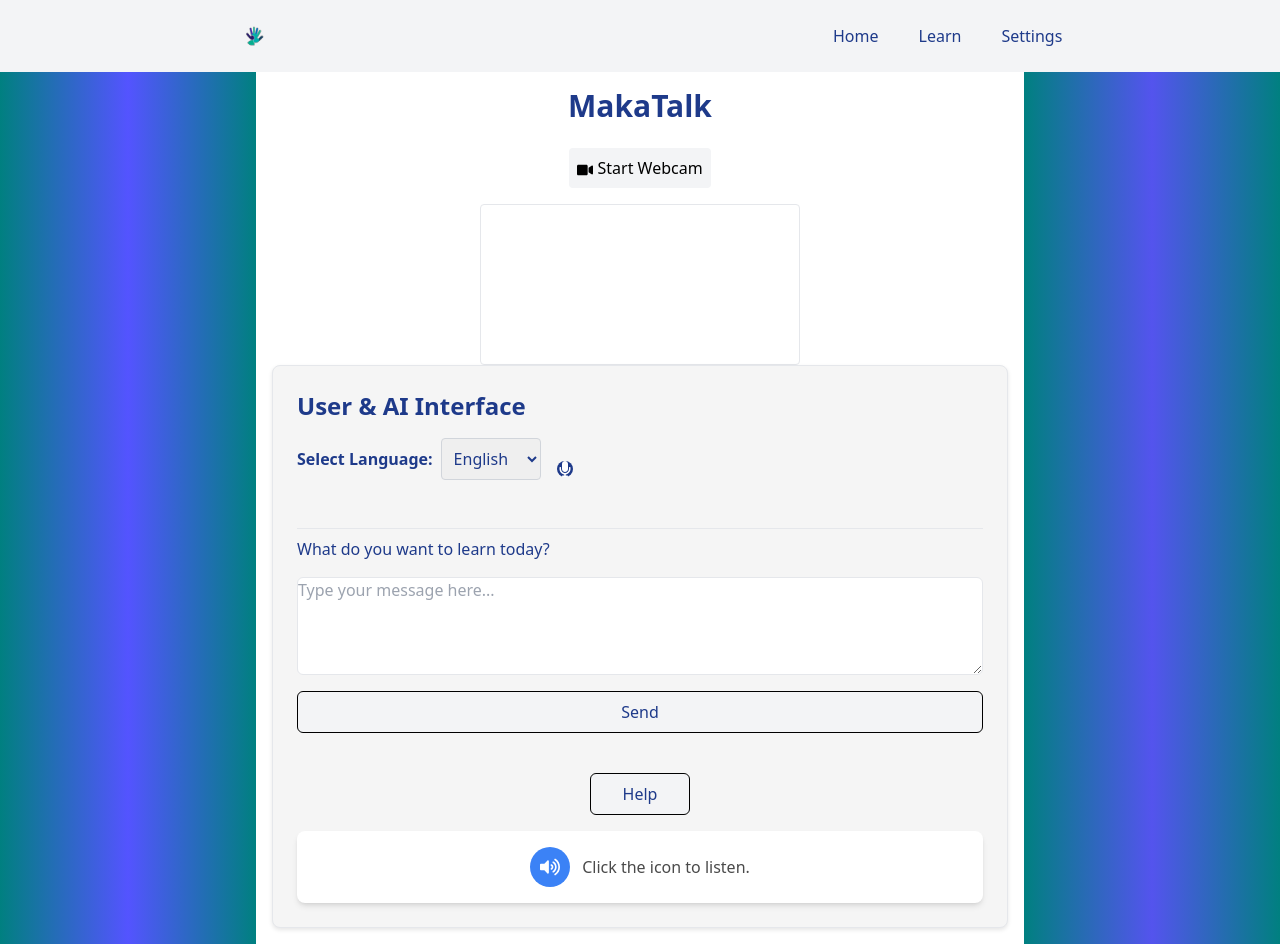
Repository: maria2469/MakaTalk
Page: /learn
These files come from the project's save history. The page is drawn as it stood at one moment and after the next save; the edit follows.
The browser window is 1280 px wide. The pictures show the whole page.
The page's requests for data from a server got no answer. The project was rebuilt for these pictures with package versions that can differ from the ones it lists, and the page was loaded fresh each time. No one was signed in, and anything a server would have sent is missing. Also part of the build but not shown: vite.config.js, src/components/LandingPage/Landing.jsx.

Above is the page before, as saved 2024-10-10 14:47:49.

### index.html
<!doctype html>
<html lang="en">
  <head>
    <meta charset="UTF-8" />
    <link rel="icon" type="image/svg+xml" href="/images/MakaTalkLogo.svg" />
    <meta name="viewport" content="width=device-width, initial-scale=1.0" />
    <title>MakaTalk</title>
  </head>
  <body>
    <div id="root"></div>
    <script type="module" src="/src/main.jsx"></script>
  </body>
</html>

### src/main.jsx

console.log('main.js loaded'); // Add this line


import { StrictMode } from 'react'
import { createRoot } from 'react-dom/client'
import App from './App.jsx'
import './index.css'

createRoot(document.getElementById('root')).render(
  <StrictMode>

    <App />
  </StrictMode>,
)

### src/App.jsx
import React from "react";
import { BrowserRouter as Router, Routes, Route } from "react-router-dom";
import Landing from "./components/LandingPage/Landing";
import Learn from "./components/Learn/Learn";

const App = () => {
  return (
    <Router>
      <Routes>
        <Route path="/" element={<Landing />} />
        <Route path="/learn" element={<Learn />} />
      </Routes>
    </Router>
  );
};

export default App;

### src/components/LandingPage/Navbar.jsx
import React from 'react';

const Navbar = () => {
  return (
    <div className="flex items-center justify-around p-3 bg-gray-100 text-blue-900 gap-40">
      <img src="/images/MakaTalkLogo.svg" alt="Logo" className="h-12 w-auto ml-5 justify-start" /> {/* Logo aligned to the extreme left */}
      <div className="flex space-x-10 mr-2 justify-center ">
        <p className="cursor-pointer hover:text-black">Home</p>
        <p className="cursor-pointer hover:text-black">Learn</p>
        <p className="cursor-pointer hover:text-black">Settings</p>
      </div>
    </div>
  );
}

export default Navbar;

### src/components/Learn/Learn.css
:root {
  --primary-color: #3b82f6; /* Blue */
  --primary-hover: #2563eb; /* Darker blue on hover */
  --background-color: #ffffff; /* White */
  --light-gray: #e5e7eb; /* Light gray */
  --gradient-left: linear-gradient(to right, teal, rgba(48, 48, 255, 0.827), teal);
  --gradient-right: linear-gradient(to right, teal, rgba(47, 47, 234, 0.822), teal);
}

.learn-container {
  display: flex;
  flex-direction: column;
  height: 100vh; /* Full viewport height */
}

.main-content {
  display: flex;
  flex: 1; /* Allow main content to fill the remaining space */
  position: relative; /* Set relative positioning */
}

.left-section,
.right-section {
  width: 20%; /* Each side section takes up 20% of the width */
  display: flex;
  align-items: center;
  justify-content: center;
  color: #1e3a8a; /* Set text color to blue-900 */
}

.left-section {
  background: var(--gradient-left); /* Light to dark blue gradient */
}

.right-section {
  background: var(--gradient-right); /* Darker blue gradient */
}

.center-section {
  width: 60%;
  display: flex;
  flex-direction: column;
  align-items: center;
  justify-content: center; /* Vertically center the content */
  background-color: var(--background-color);
  padding: 1rem;
  height: 100%; /* Ensure it takes full height of the container */
  color: #1e3a8a; /* Set text color to blue-900 */
}

h1 {
  text-align: center; /* Center the text horizontally */
  margin: 0; /* Reset margin to avoid unnecessary space */
}

.interface-card {
  padding: 1.5rem;
  border: 1px solid var(--light-gray);
  border-radius: 0.5rem;
  box-shadow: 0 2px 4px rgba(0, 0, 0, 0.1);
  width: 100%;
  height: auto; /* Adjust height so the content fits without scrolling */
  background-color: #F5F5F5;
  color: #1e3a8a; /* Set text color to blue-900 */
}

textarea {
  border: 1px solid var(--light-gray);
  padding: 0.5rem;
  border-radius: 0.375rem;
  width: 100%; /* Full width */
  color: #1e3a8a; /* Set text color to blue-900 */
}

/* Button container for the row */
.button-row {
  display: flex;
  gap: 1rem; /* Space between the buttons */
  margin-top: 1rem; /* Space above the buttons */

}

.send-button, .help-button {
  background-color: var(--primary-color);
  color: white;
  border: none;
  border-radius: 8px;
  padding: 12px 24px;
  font-size: 16px;
  cursor: pointer;
  transition: background-color 0.3s ease, transform 0.2s ease;
}

.send-button:hover, .help-button:hover {
  background-color: var(--primary-hover);
  transform: translateY(-2px); /* Slight lift effect */
}

.ai-response {
  margin-top: 1rem;
  border-top: 1px solid var(--light-gray);
  padding-top: 0.5rem;
  color: #1e3a8a; /* Set text color to blue-900 */
}

/* Common button styling */
.common-button {
  background-color: #f3f4f6; /* Gray-100 */
  border: 1px solid black; /* Black border */
  color: #1e3a8a; /* Set text color to blue-900 */
  padding: 0.5rem 2rem; /* Padding */
  border-radius: 0.375rem; /* Rounded corners */
  cursor: pointer; /* Pointer cursor */
  transition: background-color 0.3s ease; /* Smooth transition */
}

.common-button:hover {
  background-color: #1e40af; /* Blue-900 on hover */
  color: white; /* Optional: change text color on hover */
}

/* Responsive Design */
@media (max-width: 768px) {
  .left-section,
  .right-section,
  .center-section {
      width: 100%; /* Full width on small screens */
      padding: 0.5rem;
  }

  .main-content {
      flex-direction: column; /* Stack sections vertically */
  }

  .button-row {
      flex-direction: column; /* Stack buttons vertically on smaller screens */
      gap: 0.5rem;
  }
}
.language-and-speech {
  display: flex;
  gap: 1rem;
}

### src/components/Choices/Colors/Colors.jsx
// Colors.js
const colorOptions = {
    black: {
        image: './images/BlackSIG.svg', // Ensure this path is correct
        instructions: 'To sign black, hold your hand flat and move it across your chest.',
    },
    blue: {
        image: './images/BlueSIG.svg', // Ensure this path is correct
        instructions: 'To sign blue, wave your hand near your chest.',
    },
    brown: {
        image: './images/BrownSIG.svg', // Ensure this path is correct
        instructions: 'To sign brown, use a flat hand and tap it on your forehead.',
    },
    gold: {
        image: './images/GoldSIG.svg', // Ensure this path is correct
        instructions: 'To sign gold, touch your fingers to your chin and move down.',
    },
    green: {
        image: './images/GreenSIG.svg', // Ensure this path is correct
        instructions: 'To sign green, point your finger up and wiggle it.',
    },
    grey: {
        image: './images/GreySIG.svg', // Ensure this path is correct
        instructions: 'To sign grey, make a “G” shape with your hand.',
    },
    orange: {
        image: './images/OrangeSIG.svg', // Ensure this path is correct
        instructions: 'To sign orange, use a fist and tap it on your side.',
    },
    pink: {
        image: './images/PinkSIG.svg', // Ensure this path is correct
        instructions: 'To sign pink, extend your pinky finger and wave it.',
    },
    purple: {
        image: './images/PurpleSIG.svg', // Ensure this path is correct
        instructions: 'To sign purple, move your hand in a circular motion.',
    },
    red: {
        image: './images/RedSIG.svg', // Ensure this path is correct
        instructions: 'To sign red, extend your hand and touch your chin.',
    },
    silver: {
        image: './images/SilverSIG.svg', // Ensure this path is correct
        instructions: 'To sign silver, make a fist and tap it on your wrist.',
    },
    white: {
        image: './images/WhiteSIG.svg', // Ensure this path is correct
        instructions: 'To sign white, wave your hand in front of your chest.',
    },
    yellow: {
        image: './images/YellowSIG.svg', // Ensure this path is correct
        instructions: 'To sign yellow, make a “Y” shape with your hand and shake it.',
    },
    // Add more colors and their corresponding images and instructions as needed
};

export default colorOptions;

### src/components/Languagedropdown/Language.jsx
import React from 'react';

const LanguageDropdown = ({ selectedLanguage, onLanguageChange, languages }) => {
  // Default language options in case languages aren't passed as props
  const defaultLanguages = [
    { code: 'en', label: 'English' },
    { code: 'es', label: 'Spanish' },
    { code: 'fr', label: 'French' },
    { code: 'de', label: 'German' },
    { code: 'zh', label: 'Chinese' },
    // Add more languages as needed
  ];

  const availableLanguages = languages || defaultLanguages; // Use passed languages or default

  return (
    <div className="language-dropdown mb-4">
      <label htmlFor="languageSelect" className="font-bold mr-2">
        Select Language:
      </label>
      <select
        id="languageSelect"
        aria-label="Select language"
        value={selectedLanguage}
        onChange={onLanguageChange} // Pass the handler from the parent
        className="border border-gray-300 rounded p-2"
      >
        {availableLanguages.map((lang) => (
          <option key={lang.code} value={lang.code}>
            {lang.label}
          </option>
        ))}
      </select>
    </div>
  );
};

export default LanguageDropdown;

### src/components/UserAiResponse/UserAiResponse.jsx
import React from 'react';

const UserAiResponse = ({ aiResponse, userInput, onInputChange, onSubmit }) => {
    return (
        <div className="flex flex-col">
            <div className="ai-response mb-4">
                <p>{aiResponse}</p>
            </div>
            <textarea
                placeholder="Type your message here..."
                rows="4"
                value={userInput}
                onChange={onInputChange}
            />
            <button className="common-button mt-4" onClick={onSubmit}>
                Send
            </button>
        </div>
    );
};

export default UserAiResponse;

### src/components/VoiceToVoice/VoiceToVoiceButton.jsx
import React, { useState } from 'react';
import { FaMicrophone } from 'react-icons/fa';
import UserAiResponse from '../UserAiResponse/UserAiResponse';
import TextToSpeech from '../TextToSpeech/TextToSpeech'; // Import the new TextToSpeech component

const VoiceToVoiceButton = ({ selectedLanguage }) => {
    const [userInput, setUserInput] = useState('');
    const [aiResponse, setAiResponse] = useState('');
    const [isProcessing, setIsProcessing] = useState(false);
    const [isListening, setIsListening] = useState(false);

    // Function to handle API call to backend
    const handleApiCall = async (inputText) => {
        setIsProcessing(true);

        try {
            const response = await fetch('/api/process-input', {
                method: 'POST',
                headers: {
                    'Content-Type': 'application/json',
                },
                body: JSON.stringify({
                    text: inputText,
                    language: selectedLanguage,
                }),
            });

            const data = await response.json();
            setAiResponse(data.response);
        } catch (error) {
            console.error('API call failed:', error);
        } finally {
            setIsProcessing(false);
        }
    };

    const handleInputChange = (event) => {
        setUserInput(event.target.value);
    };

    const handleSubmit = () => {
        if (userInput.trim()) {
            handleApiCall(userInput);
            setUserInput('');
        }
    };

    const handleSpeechRecognition = () => {
        if (!window.SpeechRecognition && !window.webkitSpeechRecognition) {
            console.error('SpeechRecognition is not supported in this browser');
            return;
        }

        const SpeechRecognition =
            window.SpeechRecognition || window.webkitSpeechRecognition;
        const recognition = new SpeechRecognition();

        recognition.lang = selectedLanguage;
        recognition.interimResults = false;
        recognition.continuous = false;

        recognition.onstart = () => setIsListening(true);

        recognition.onresult = (event) => {
            const transcriptedText = Array.from(event.results)
                .map((result) => result[0].transcript)
                .join('');
            handleApiCall(transcriptedText);
        };

        recognition.onend = () => setIsListening(false);
        recognition.onerror = (event) => console.error('SpeechRecognition error:', event.error);

        recognition.start();
    };

    return (
        <div className="voice-to-voice-button">
            <div className="flex mt-1 p-0"> {/* Reduced margin from mt-4 to mt-2 */}
                <button
                    onClick={handleSpeechRecognition}
                    className={`p-0 rounded-full ${isListening ? 'bg-red-500' : 'bg-blue-900'} text-white`}
                    disabled={isProcessing}
                >
                    <FaMicrophone />
                </button>
            </div>

            {isProcessing && <p>Processing...</p>}

            {/* TextToSpeech Component for user input */}
            {userInput && (
                <TextToSpeech text={userInput} selectedLanguage={selectedLanguage} />
            )}

            {/* TextToSpeech Component to play AI response in the selected language */}
            {aiResponse && (
                <TextToSpeech text={aiResponse} selectedLanguage={selectedLanguage} />
            )}
        </div>
    );
};

export default VoiceToVoiceButton;

### src/components/TextToSpeech/TextToSpeech.jsx
import React, { useEffect, useState } from 'react';
import { FaVolumeUp } from 'react-icons/fa';
import "./TextToSpeech.css"

const TextToSpeech = ({ text, selectedLanguage }) => {
    const [isSpeaking, setIsSpeaking] = useState(false);

    const handleSpeak = () => {
        if (!text) return;

        // Initialize speech synthesis
        const synth = window.speechSynthesis;
        const utterance = new SpeechSynthesisUtterance(text);

        // Set language for speech synthesis
        utterance.lang = selectedLanguage;

        // Set speaking state to true when speaking starts
        utterance.onstart = () => {
            setIsSpeaking(true);
        };

        // Reset speaking state when speaking ends
        utterance.onend = () => {
            setIsSpeaking(false);
        };

        // Cancel any ongoing speech before starting a new one
        if (synth.speaking) {
            synth.cancel();
        }

        // Start speaking
        synth.speak(utterance);
    };

    return (
        <div className="text-to-speech flex items-center justify-center p-4 rounded-lg shadow-md bg-white">
            <button
                onClick={handleSpeak}
                className={`p-3 rounded-full transition-colors duration-200 ${isSpeaking ? 'bg-gray-500' : 'bg-blue-500 hover:bg-blue-600'} text-white`}
                disabled={isSpeaking}
                aria-label="Play Audio" // Added for accessibility
            >
                <FaVolumeUp size={20} />
            </button>
            <p className="ml-3 text-gray-800 font-medium">{isSpeaking ? `Speaking: ${text}` : 'Click the icon to listen.'}</p>
        </div>
    );
};

export default TextToSpeech;

### src/components/Learn/Webcam/Webcam.jsx
import React, { useRef, useState, useEffect } from 'react';
import { FaVideo, FaVideoSlash } from 'react-icons/fa'; // Import video and stop icons

const WebcamStream = () => {
  const videoRef = useRef(null);
  const canvasRef = useRef(null);
  const [isStreaming, setIsStreaming] = useState(false); // Toggle between streaming states
  const socket = useRef(null);

  useEffect(() => {
    // Setup WebSocket connection
    socket.current = new WebSocket("ws://localhost:5000"); // Assuming backend is running on localhost:5000
    socket.current.onopen = () => console.log("Connected to server");
    socket.current.onclose = () => console.log("Disconnected from server");

    return () => {
      if (socket.current) socket.current.close();
    };
  }, []);

  const startWebcam = async () => {
    try {
      const stream = await navigator.mediaDevices.getUserMedia({ video: true });
      videoRef.current.srcObject = stream;
      videoRef.current.play();
      setIsStreaming(true); // Webcam is now streaming
      captureFrames();
    } catch (error) {
      console.error("Error accessing webcam:", error);
    }
  };

  const stopWebcam = () => {
    const stream = videoRef.current.srcObject;
    const tracks = stream?.getTracks();
    if (tracks) {
      tracks.forEach(track => track.stop()); // Stop each track of the stream
      videoRef.current.srcObject = null; // Clear the video source
      setIsStreaming(false); // Webcam is no longer streaming
    }
  };

  const captureFrames = () => {
    if (!isStreaming || !videoRef.current || !canvasRef.current) return;

    const context = canvasRef.current.getContext('2d');
    const width = videoRef.current.videoWidth;
    const height = videoRef.current.videoHeight;

    // Set canvas dimensions to match the video element
    canvasRef.current.width = width;
    canvasRef.current.height = height;

    // Draw the current frame onto the canvas
    context.drawImage(videoRef.current, 0, 0, width, height);

    // Send the frame as an image data URL to the backend via WebSocket
    const frameData = canvasRef.current.toDataURL('image/jpeg'); // Convert the frame to a JPEG image
    socket.current.send(frameData); // Send the image data to the backend

    // Capture the next frame in the next animation frame
    requestAnimationFrame(captureFrames);
  };

  return (
    <div className="flex flex-col items-center">
      <button
        onClick={isStreaming ? stopWebcam : startWebcam} // Toggle between starting and stopping webcam
        className="mb-4 p-2 bg-gray-100 text-black rounded hover:bg-gray-200"
      >
        {isStreaming ? (
          <FaVideoSlash className="inline-block text-black" /> // Show stop icon when streaming
        ) : (
          <FaVideo className="inline-block text-black" /> // Show start icon when not streaming
        )}
        {isStreaming ? ' Stop Webcam' : ' Start Webcam'} {/* Toggle button label */}
      </button>
      <video ref={videoRef} width="320" height="240" className="border rounded" />
      <canvas ref={canvasRef} style={{ display: 'none' }} />
    </div>
  );
};

export default WebcamStream;

### src/components/Learn/Help/Help.jsx
import React, { useState } from 'react';
import GifStore from '../../GifStore/GifStore';

const Help = () => {
  const [isOpen, setIsOpen] = useState(false);
  const [helpOption, setHelpOption] = useState('');
  const [selectedGif, setSelectedGif] = useState('');

  const toggleHelpMenu = () => {
    setIsOpen((prev) => !prev);
    if (!isOpen) {
      setHelpOption(''); // Reset when closing
      setSelectedGif('');
    }
  };

  const handleOptionSelect = (option) => {
    setHelpOption(option);
    setIsOpen(false);
  };

  const handleColorSelect = (color) => {
    const gif = GifStore.getGif(color);
    setSelectedGif(gif || '');
    if (!gif) console.error(`GIF not found for the color: ${color}`);
  };

  const renderHelpOptions = () => (
    <div className="help-options bg-white border rounded shadow-md mt-2 p-4">
      <h3 className="font-bold mb-2">Select Help Option:</h3>
      {['AI', 'GIFs'].map((option) => (
        <button key={option} className="common-button" onClick={() => handleOptionSelect(option)}>
          Help from {option}
        </button>
      ))}
    </div>
  );

  const renderGifHelp = () => (
    <div className="gif-help mt-4">
      <h4 className="font-bold">Select a color for GIF help:</h4>
      {GifStore.colorGifs && Object.keys(GifStore.colorGifs).length > 0 ? (
        Object.keys(GifStore.colorGifs).map((color) => (
          <button key={color} className="common-button m-1" onClick={() => handleColorSelect(color)}>
            {color.charAt(0).toUpperCase() + color.slice(1)}
          </button>
        ))
      ) : (
        <p>No GIFs available. Please check GifStore configuration.</p>
      )}
      {selectedGif && <img src={selectedGif} alt="Color GIF" className="mt-2 w-full" />}
    </div>
  );

  const renderAIHelp = () => (
    <div className="ai-help mt-4">
      <h4 className="font-bold">AI Assistance</h4>
      <p>Here is some AI-powered assistance.</p>
      {/* Add your AI interaction logic here */}
    </div>
  );

  return (
    <div className="flex flex-col items-center mt-10">
      <button className="common-button" onClick={toggleHelpMenu}>Help</button>
      {isOpen && renderHelpOptions()}
      {helpOption === 'GIFs' && renderGifHelp()}
      {helpOption === 'AI' && renderAIHelp()}
    </div>
  );
};

export default Help;

### src/components/TextToSpeech/TextToSpeech.css
.text-to-speech {
    display: flex;
    align-items: center;
    justify-content: start;
    padding: 16px; /* Adjusted padding */
    border-radius: 8px; /* Rounded corners */
    background-color: #fff; /* White background for better contrast */
    box-shadow: 0 2px 4px rgba(0, 0, 0, 0.1); /* Subtle shadow */
    margin-top: 16px; /* Lift the component with top margin */
}

.text-to-speech button {
    padding: 10px; /* Added padding for better clickability */
    border-radius: 50%; /* Fully rounded button */
    transition: background-color 0.2s; /* Smooth transition for hover effect */
}

.text-to-speech p {
    margin-left: 12px; /* Space between button and text */
    color: #4A4A4A; /* Darker text color for better readability */
    font-weight: 500; /* Medium font weight */
}

### src/components/GifStore/GifStore.jsx
const colorGifs = {
  black: '/gifs/black.gif',
  blue: '/gifs/blue.gif',
  brown: '/gifs/brown.gif',
  gold: '/gifs/gold.gif',
  green: '/gifs/green.gif',
  grey: '/gifs/grey.gif',
  orange: '/gifs/orange.gif',
  pink: '/gifs/pink.gif',
  purple: '/gifs/purple.gif',
  red: '/gifs/red.gif',
  silver: '/gifs/silver.gif',
  white: '/gifs/white.gif',
  yellow: '/gifs/yellow.gif',
};

// Export the GIFs and any necessary functions
const GifStore = {
  colorGifs, // Ensure this is properly exported
  getGif: (color) => {
    if (colorGifs[color]) {
      return colorGifs[color];
    } else {
      console.warn(`No GIF found for color: ${color}`); // Add warning for unmatched colors
      return null;
    }
  },
};

export default GifStore;

Loaded but not shown: src/index.css (common file); tailwind.config.js (common file); src/components/Learn/Learn.jsx (128 lines, source omitted)

After the next save:
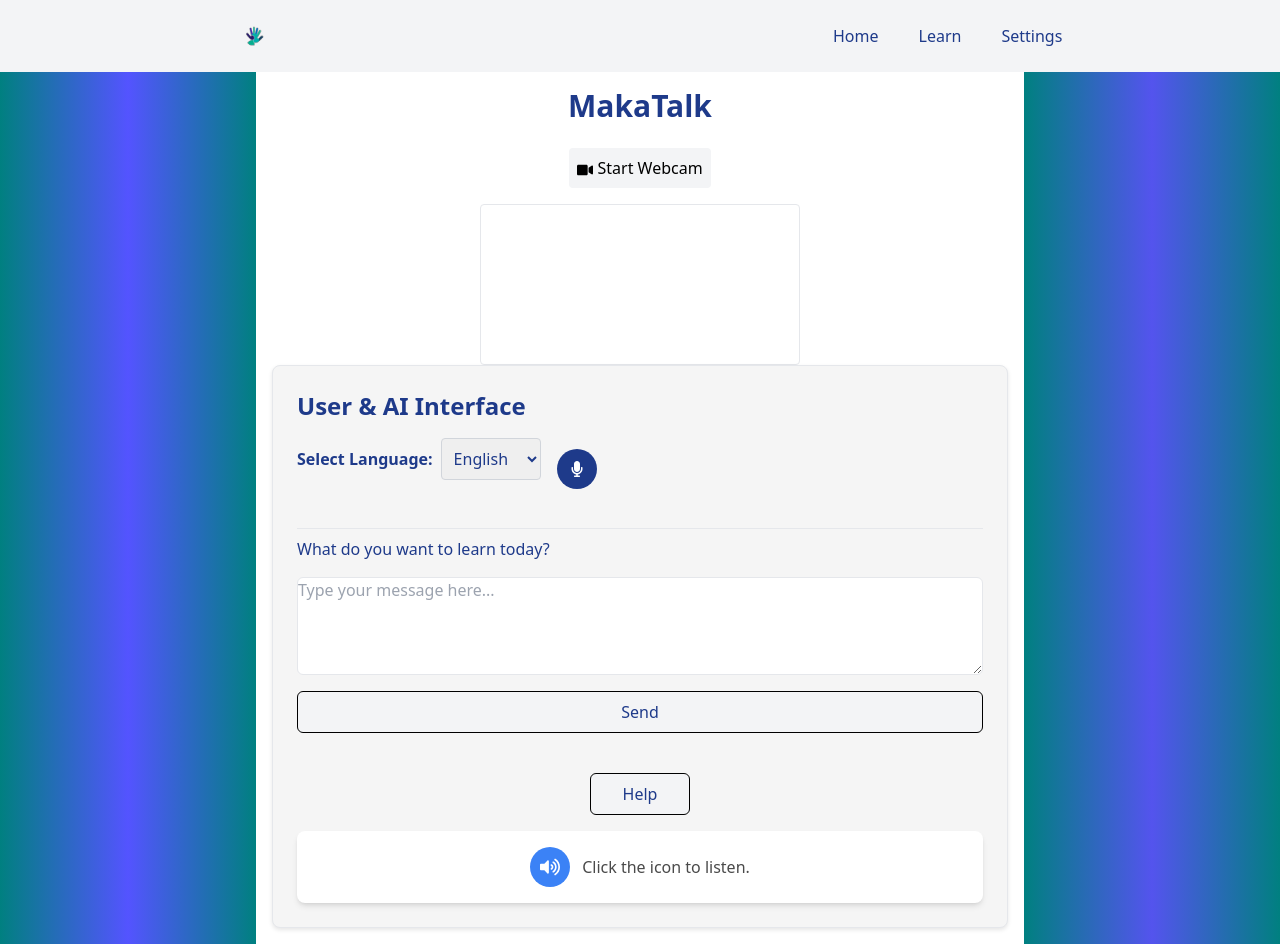
Saved 8 s later.
--- a/src/components/VoiceToVoice/VoiceToVoiceButton.jsx
+++ b/src/components/VoiceToVoice/VoiceToVoiceButton.jsx
@@ -79,7 +79,7 @@ const VoiceToVoiceButton = ({ selectedLanguage }) => {
             <div className="flex mt-1 p-0"> {/* Reduced margin from mt-4 to mt-2 */}
                 <button
                     onClick={handleSpeechRecognition}
-                    className={`p-0 rounded-full ${isListening ? 'bg-red-500' : 'bg-blue-900'} text-white`}
+                    className={`p-3 rounded-full ${isListening ? 'bg-red-500' : 'bg-blue-900'} text-white`}
                     disabled={isProcessing}
                 >
                     <FaMicrophone />
